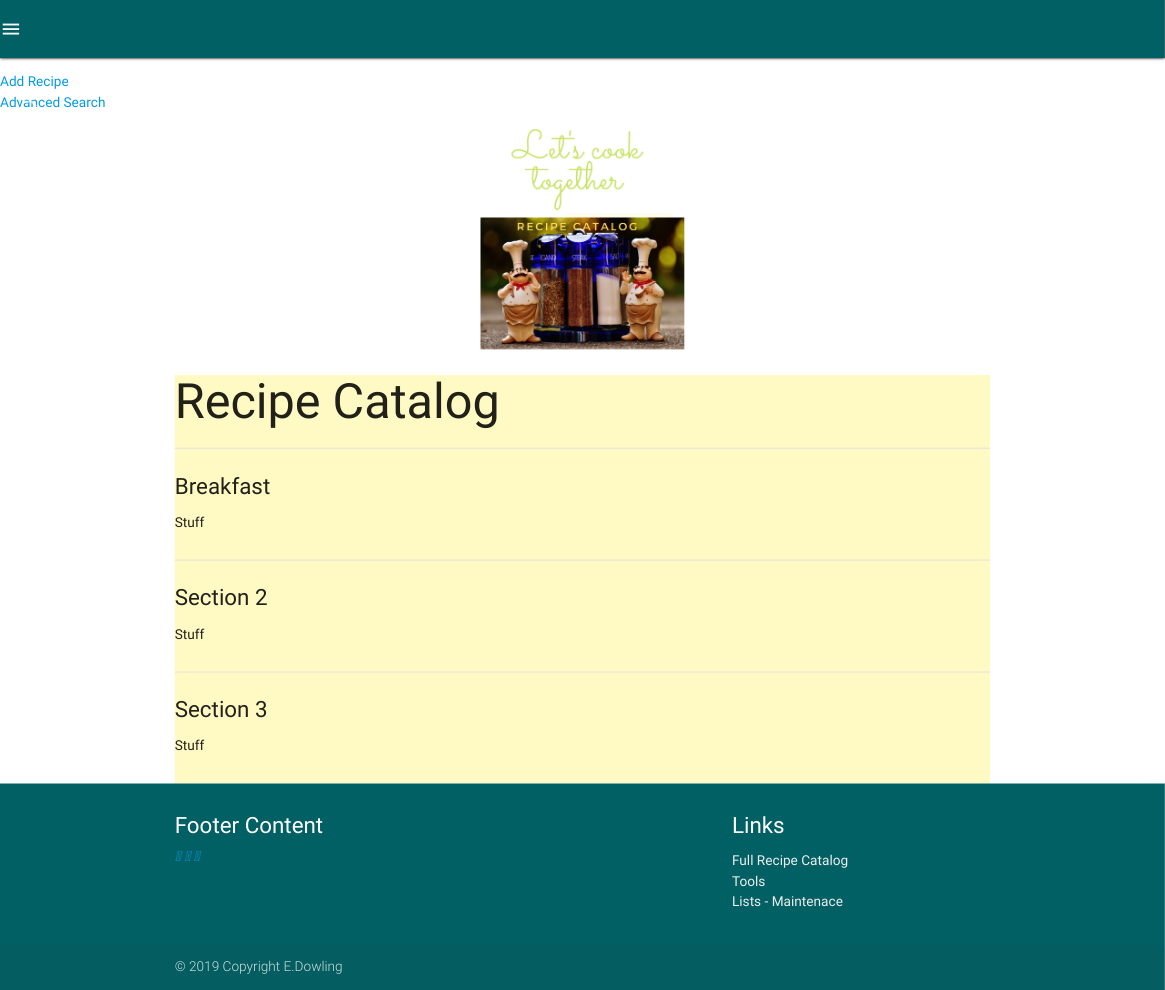
Repository: eldowling/lets-cook-together
Page: http://localhost/get_catalog?course=breakfast
The author's editor kept a record of every edit. The page is drawn from the files as they stood at one moment, then again after the next edit.
The browser window is 1280 px wide. The pictures show the whole page, at 91% of full size.
Some web libraries are served in a nearby version. The page is served by the project's application, run on Flask 3 (app.py). Queries for data that is not in the repository find no rows.

Above is the page before.
Console error: TypeError: $(...).sidenav is not a function

After the next edit:
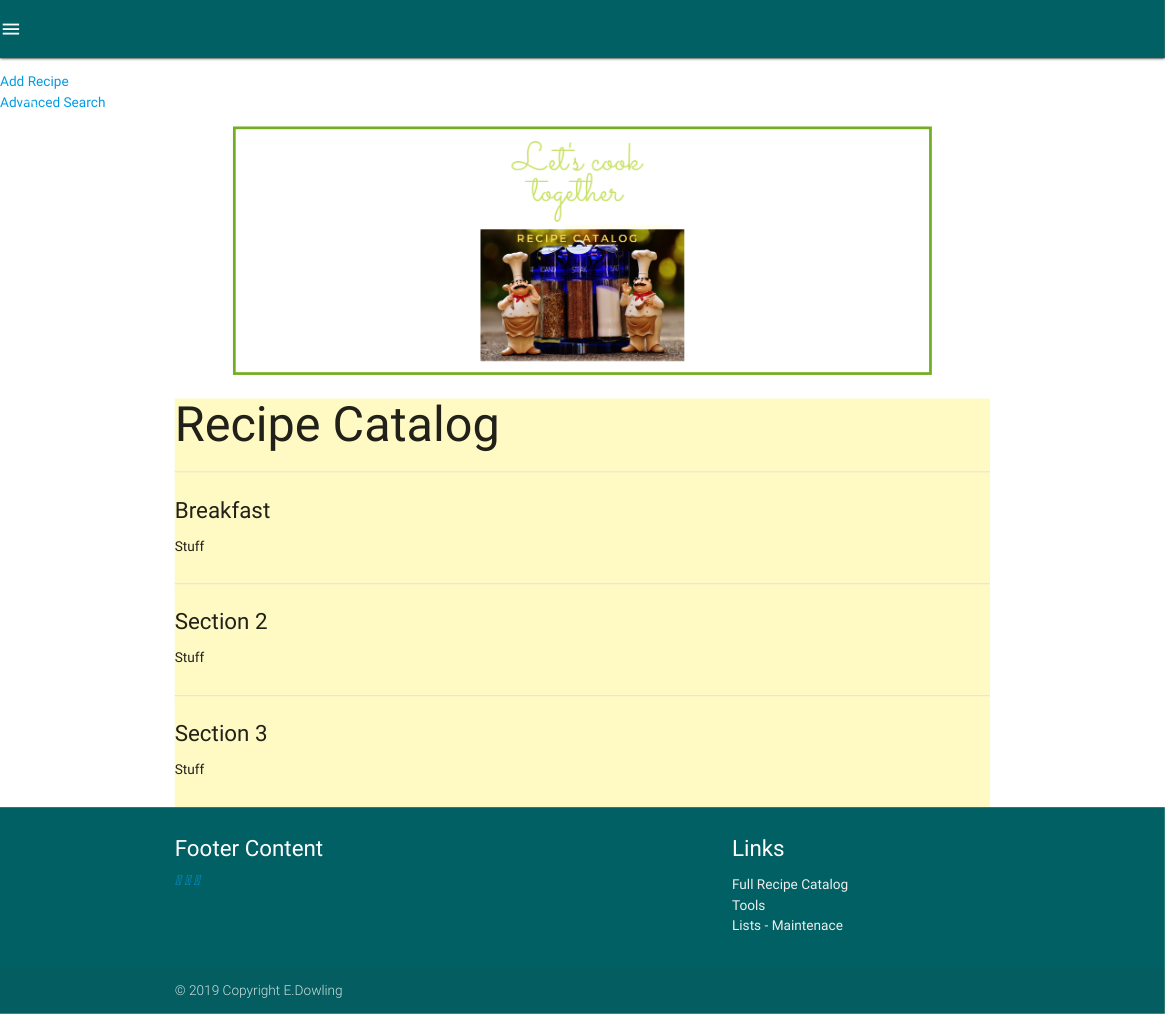
The edit:
--- a/static/css/style.css
+++ b/static/css/style.css
@@ -5,13 +5,9 @@
   max-width: 230px;
 }
 
-
-#img-container{
-    max-width: 100%;
-    overflow: hidden;
+.center {
+  margin: auto;
+  width: 60%;
+  border: 3px solid #73AD21;
+  padding: 10px;
 }
-/*
-.main-img{
-    width: 100%;
-    object-fit: contain;
-}*/
